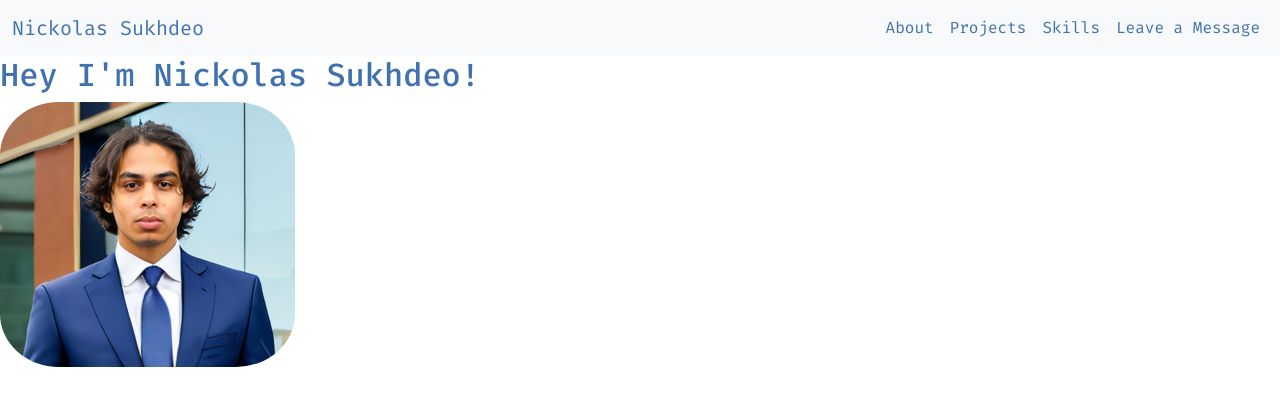
Repository: nlsukhde/porfolio
Page: index.html
The author's editor kept a copy of each file at every save. The page is drawn from the files as they stood at one save, then again after the next save.
The browser window is 1280 px wide. The pictures show the whole page.

Above is the page before, as saved 2025-06-19 17:38:31.

After the next save:
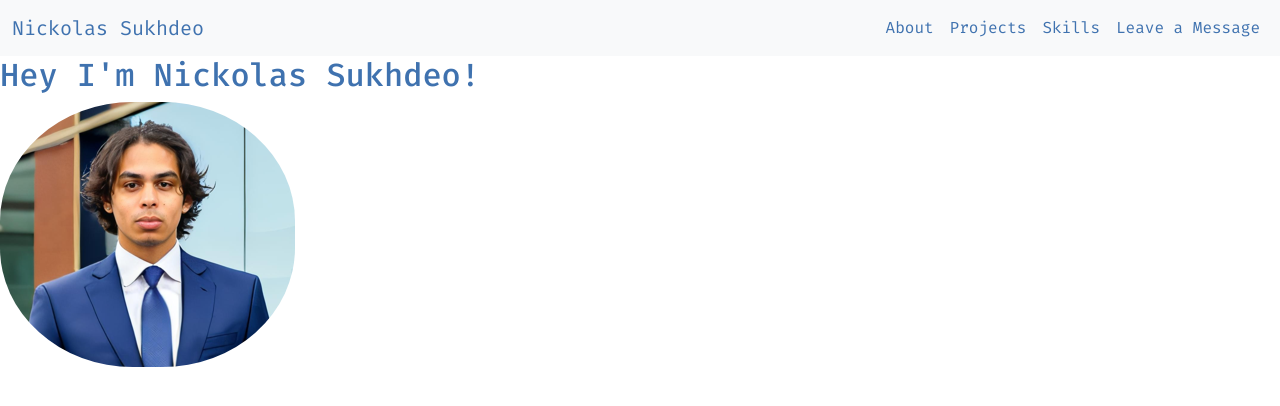
Saved 7 s later.
--- a/app.css
+++ b/app.css
@@ -22,7 +22,7 @@
 }
 
 img{
-    border-radius: 20%;
+    border-radius: 45%;
 
 
 }
